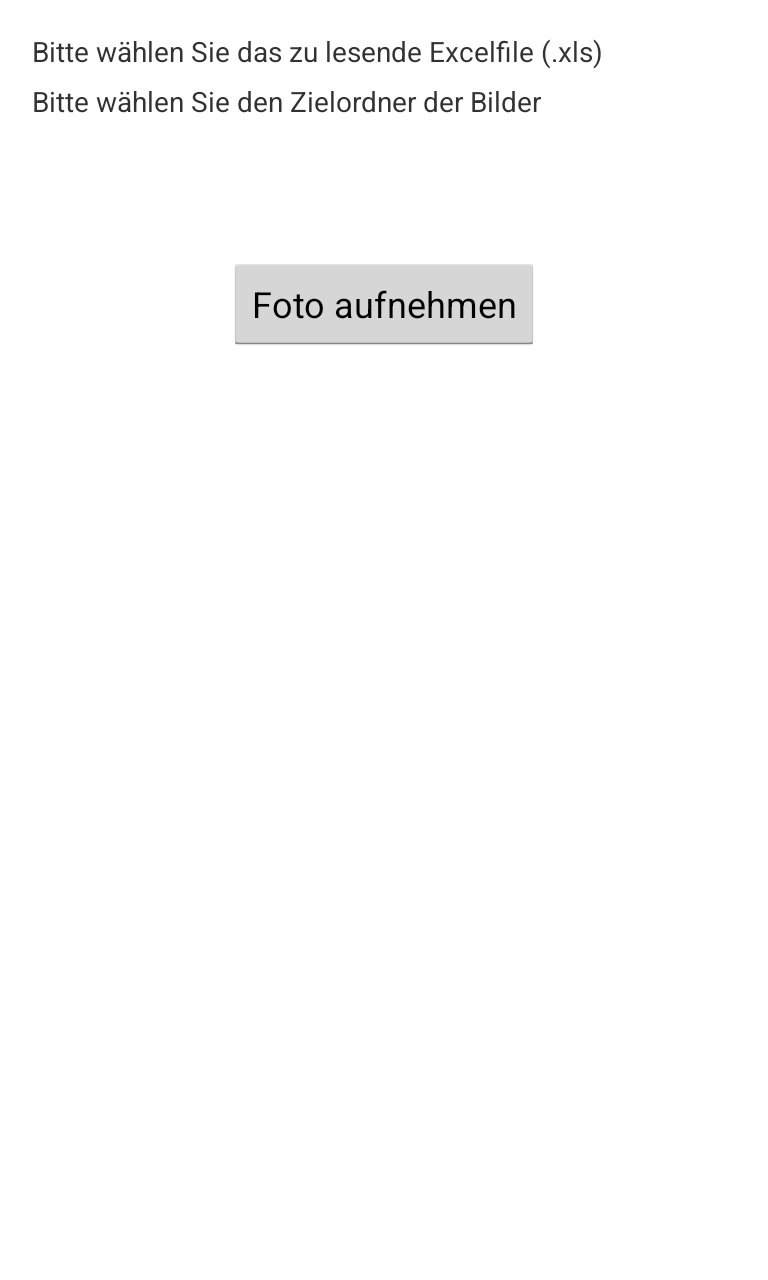
Repository: DaL85/fuerthwiki
Layout: FuerthWikiNew/res/layout/activity_main.xml
The author's editor kept a copy of each file at every save. The layout is drawn from the files as they stood at one save, then again after the next save.
It is drawn on a 768 x 1280 px phone screen (xhdpi) without system bars, with theme AppTheme; the app's code is not run.

Above is the layout before, as saved 2015-03-03 11:28:47.

### FuerthWikiNew/res/layout/activity_main.xml
<RelativeLayout xmlns:android="http://schemas.android.com/apk/res/android"
    xmlns:tools="http://schemas.android.com/tools"
    android:layout_width="match_parent"
    android:layout_height="match_parent"
    android:paddingBottom="@dimen/activity_vertical_margin"
    android:paddingLeft="@dimen/activity_horizontal_margin"
    android:paddingRight="@dimen/activity_horizontal_margin"
    android:paddingTop="@dimen/activity_vertical_margin"
    tools:context="com.example.fuerthwiki.MainActivity" >

   <TextView
        android:id="@+id/textView_Infotext_ExcelFile"
        android:layout_width="wrap_content"
        android:layout_height="wrap_content"
        android:text="@string/Infotext_ExcelFile" />
   <TextView
        android:id="@+id/textView_Infotext_ResultFolder"
        android:layout_width="wrap_content"
        android:layout_height="wrap_content"
        android:layout_below="@+id/textView_Infotext_Result_ExcelList"
        android:layout_marginTop="25dp"
        android:text="@string/Infotext_ResultFolder" />

    <Button
        android:id="@+id/button_Take_Photo"
        android:layout_width="wrap_content"
        android:layout_height="wrap_content"
        android:layout_below="@+id/textView_Infotext_ResultFolder"
        android:layout_centerHorizontal="true"
        android:layout_marginTop="68dp"
        android:text="Foto aufnehmen" />
</RelativeLayout>

### FuerthWikiNew/res/values/strings.xml
<?xml version="1.0" encoding="utf-8"?>
<resources>

    <string name="app_name">FuerthWiki</string>
    <string name="Infotext_ExcelFile">Bitte wählen Sie das zu lesende Excelfile (.xls)</string>
    <string name="action_exit">Beenden</string>
    <string name="action_excelfile">Excelfile wählen</string>
    <string name="Infotext_ResultFolder">Bitte wählen Sie den Zielordner der Bilder</string>
    <string name="action_resultfolder">Zielordner der Fotos wählen</string>

</resources>

Loaded but not shown: FuerthWikiNew/res/values/styles.xml (common file); FuerthWikiNew/res/values-v11/styles.xml (common file); FuerthWikiNew/res/values-v14/styles.xml (common file); FuerthWikiNew/res/values/dimens.xml (common file); FuerthWikiNew/res/values-w820dp/dimens.xml (common file)

After the next save:
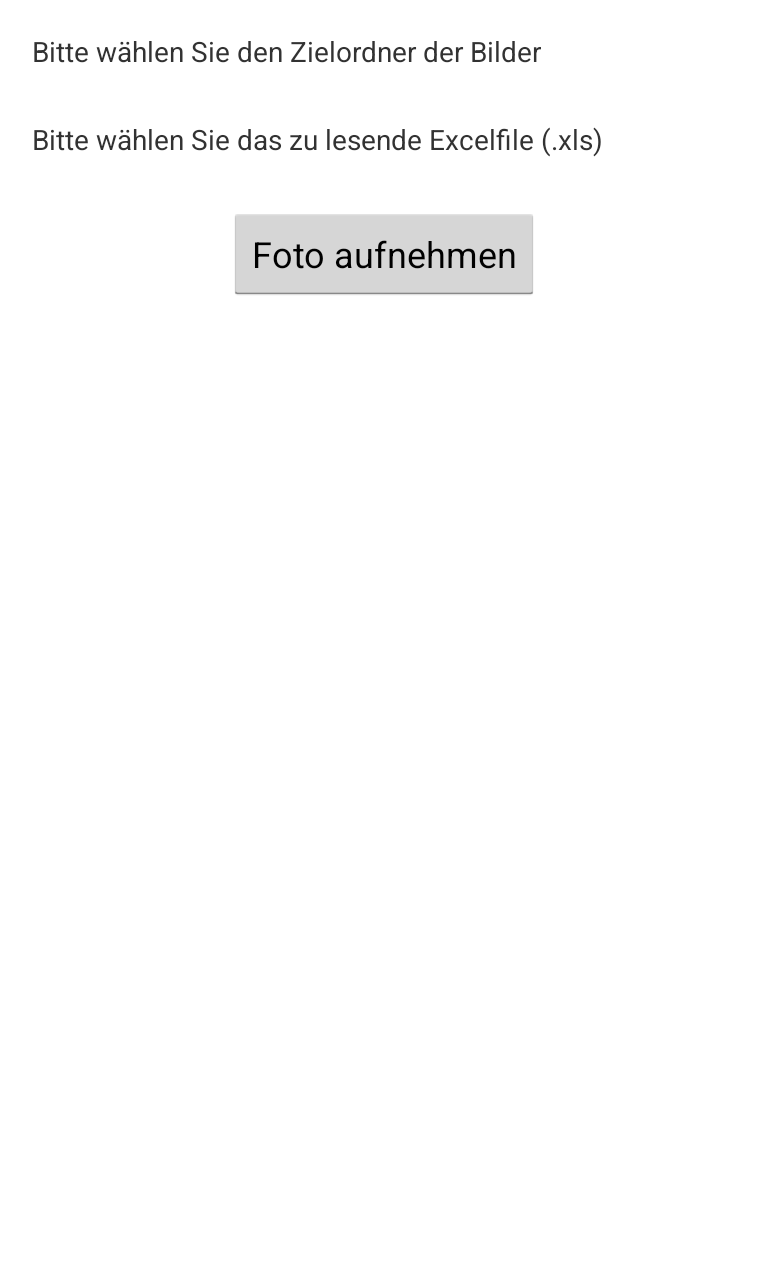
Saved 3 min 8 s later.
--- a/FuerthWikiNew/res/layout/activity_main.xml
+++ b/FuerthWikiNew/res/layout/activity_main.xml
@@ -9,17 +9,17 @@
     tools:context="com.example.fuerthwiki.MainActivity" >
 
    <TextView
+        android:id="@+id/textView_Infotext_ResultFolder"
+        android:layout_width="wrap_content"
+        android:layout_height="wrap_content"
+        android:text="@string/Infotext_ResultFolder" />
+   <TextView
         android:id="@+id/textView_Infotext_ExcelFile"
         android:layout_width="wrap_content"
         android:layout_height="wrap_content"
+        android:layout_below="@+id/textView_Infotext_ResultFolder"
+        android:layout_marginTop="25dp"
         android:text="@string/Infotext_ExcelFile" />
-   <TextView
-        android:id="@+id/textView_Infotext_ResultFolder"
-        android:layout_width="wrap_content"
-        android:layout_height="wrap_content"
-        android:layout_below="@+id/textView_Infotext_Result_ExcelList"
-        android:layout_marginTop="25dp"
-        android:text="@string/Infotext_ResultFolder" />
 
     <Button
         android:id="@+id/button_Take_Photo"
